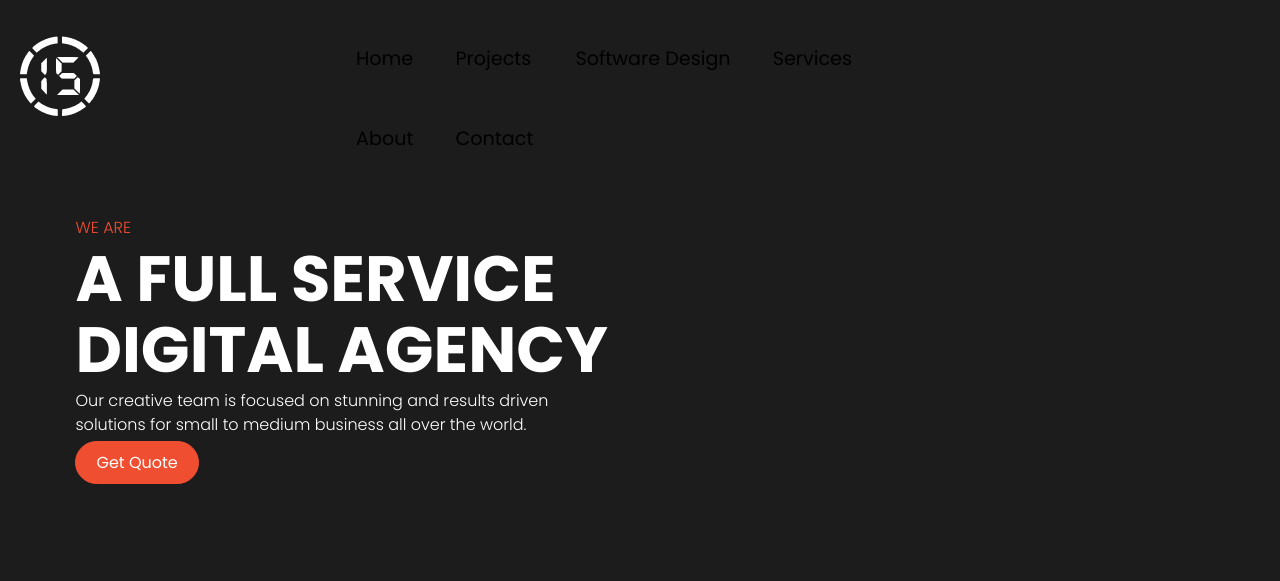
Repository: gopalpurohit54/one5
Page: /
The author's editor kept a copy of each file at every save. The page is drawn from the files as they stood at one save, then again after the next save.
The browser window is 1280 px wide. The pictures show the whole page.
The project was rebuilt for these pictures with package versions that can differ from the ones it lists, and the page was loaded fresh each time.

Above is the page before, as saved 2021-06-11 15:02:41.

After the next save:
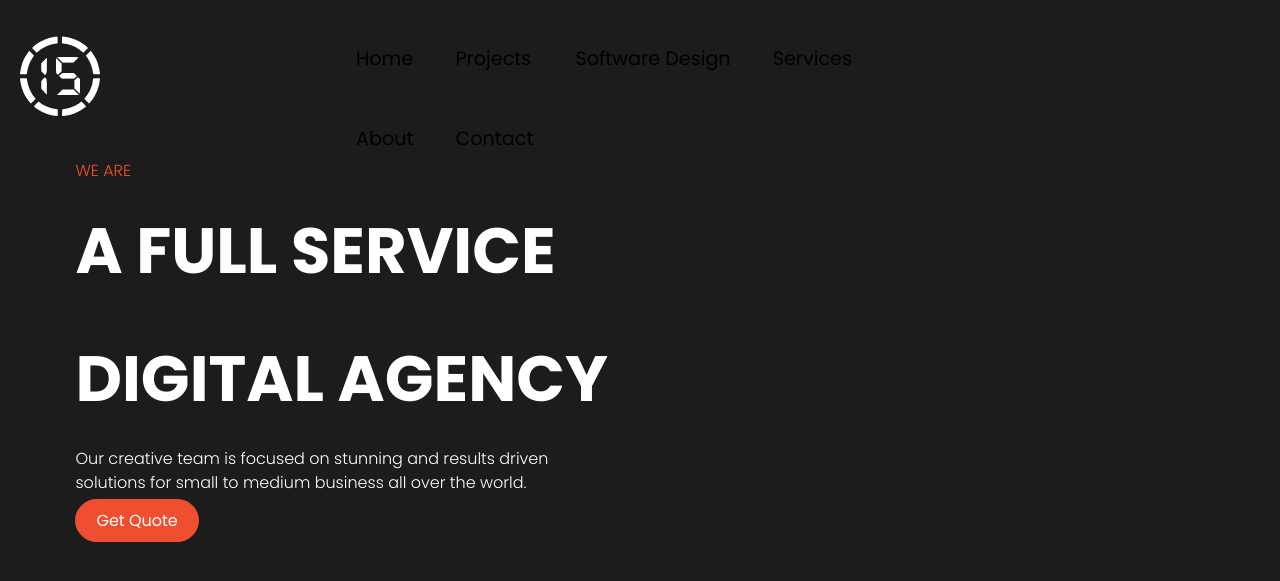
Saved 60 s later.
--- a/src/components/HeroSection.js
+++ b/src/components/HeroSection.js
@@ -38,7 +38,7 @@ function HeroSection() {
         h1 {
             margin-bottom: 0.25rem;
             font-size: 4rem;
-            line-height: 1.1;
+            line-height: 2;
         }
 
         p {
